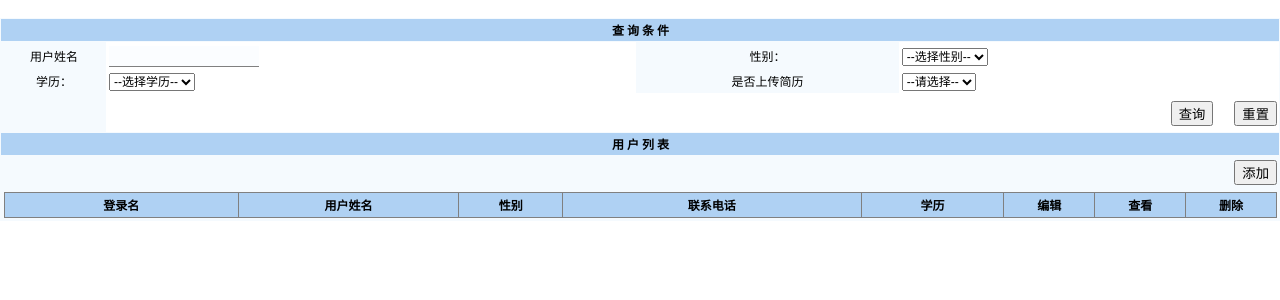
Repository: hermione-20/MyGitProjectRemote
Page: http://localhost/day28_01struts2final/user/list.jsp
An editor plug-in stored every save of this project. The page is shown before and after the next save, followed by the edit.
The browser window is 1280 px wide. The pictures show the whole page.
The page is served by Tomcat 9. Other server files are loaded and not shown.

Above is the page before, as saved 2020-05-15 08:54:52.

### day28_01struts2final/WebContent/user/list.jsp
<%@ page language="java" pageEncoding="UTF-8"%>
<%@ taglib uri="/struts-tags" prefix="s" %>
<HTML>
	<HEAD>
		<meta http-equiv="Content-Language" content="zh-cn">
		<meta http-equiv="Content-Type" content="text/html; charset=UTF-8">
		<link href="${pageContext.request.contextPath}/css/Style.css" rel="stylesheet" type="text/css" />
		<script language="javascript" src="${pageContext.request.contextPath}/js/public.js"></script>
		<script type="text/javascript">
			function addUser(){
				window.location.href = "${pageContext.request.contextPath}/user/add.jsp";
			}
		</script>
	</HEAD>
	<body>
		<br>
		<s:form action="findUserByCondition" namespace="/user">
			<table cellSpacing="1" cellPadding="0" width="100%" align="center" bgColor="#f5fafe" border="0">
				<TBODY>
					<tr>
						<td class="ta_01" align="center" bgColor="#afd1f3">
							<strong>查 询 条 件</strong>
						</td>
					</tr>
					<tr>
						<td>
							<table cellpadding="0" cellspacing="0" border="0" width="100%">
								<tr>
									<td height="22" align="center" bgColor="#f5fafe" class="ta_01">
										用户姓名
									</td>
									<td class="ta_01" bgColor="#ffffff">
										<input type="text" name="userName" size="15" value="" id="Form1_userName" class="bg"/>
									</td>
									<td height="22" align="center" bgColor="#f5fafe" class="ta_01">
										性别：
									</td>
									<td class="ta_01" bgColor="#ffffff">

										<select name="sex" id="sex">
										    <option value="">--选择性别--</option>
										    <option value="男">男</option>
										    <option value="女">女</option>


										</select>

									</td>
								</tr>
								<tr>
									<td height="22" align="center" bgColor="#f5fafe" class="ta_01">
										学历：
									</td>
									<td class="ta_01" bgColor="#ffffff">

										<select name="education" id="education">
										    <option value="">--选择学历--</option>
										    <option value="博士">博士</option>
										    <option value="硕士">硕士</option>
										    <option value="研究生">研究生</option>
										    <option value="本科">本科</option>
										    <option value="专科">专科</option>
										    <option value="高中">高中</option>


										</select>

									</td>
									<td height="22" align="center" bgColor="#f5fafe" class="ta_01">
										是否上传简历
									</td>
									<td class="ta_01" bgColor="#ffffff">

										<select name="isUpload" id="isUpload">
										    <option value="">--请选择--</option>
										    <option value="1">有</option>
										    <option value="2">无</option>


										</select>

									</td>
								</tr>
								<tr>
									<td width="100" height="22" align="center" bgColor="#f5fafe"
										class="ta_01">
									</td>
									<td class="ta_01" bgColor="#ffffff">
										<font face="宋体" color="red"> &nbsp;</font>
									</td>
									<td align="right" bgColor="#ffffff" class="ta_01"><br><br></td>
									<td align="right" bgColor="#ffffff" class="ta_01">
										<button type="submit" id="search" name="search" value="&#26597;&#35810;" class="button_view">
&#26597;&#35810;
</button>

										&nbsp;&nbsp;&nbsp;&nbsp;&nbsp;
										<input type="reset" name="reset" value="&#37325;&#32622;" class="button_view"/>

									</td>
								</tr>
							</table>
						</td>

					</tr>
					<tr>
						<td class="ta_01" align="center" bgColor="#afd1f3">
							<strong>用 户 列 表</strong>
						</TD>
					</tr>
					<tr>
						<td class="ta_01" align="right">
							<button type="button" id="add" name="add" value="&#28155;&#21152;" class="button_add" onclick="addUser()">
&#28155;&#21152;
</button>

						</td>
					</tr>
					<tr>
						<td class="ta_01" align="center" bgColor="#f5fafe">
							<table cellspacing="0" cellpadding="1" rules="all"
								bordercolor="gray" border="1" id="DataGrid1"
								style="BORDER-RIGHT: gray 1px solid; BORDER-TOP: gray 1px solid; BORDER-LEFT: gray 1px solid; WIDTH: 100%; WORD-BREAK: break-all; BORDER-BOTTOM: gray 1px solid; BORDER-COLLAPSE: collapse; BACKGROUND-COLOR: #f5fafe; WORD-WRAP: break-word">
								<tr
									style="FONT-WEIGHT: bold; FONT-SIZE: 12pt; HEIGHT: 25px; BACKGROUND-COLOR: #afd1f3">

									<td align="center" width="18%">登录名</td>
									<td align="center" width="17%">用户姓名</td>
									<td align="center" width="8%">性别</td>
									<td align="center" width="23%">联系电话</td>
									<td width="11%" align="center">学历</td>
									<td width="7%" align="center">编辑</td>
									<td width="7%" align="center">查看</td>
									<td width="7%" align="center">删除</td>
								</tr>
								<s:iterator value="users" var="user">
										<tr onmouseover="this.style.backgroundColor = 'white'"
											onmouseout="this.style.backgroundColor = '#F5FAFE';">
											<td style="CURSOR: hand; HEIGHT: 22px" align="center"
												width="18%">
												<s:property value="#user.logonName"/>
											</td>
											<td style="CURSOR: hand; HEIGHT: 22px" align="center"
												width="17%">
												<s:property value="#user.userName"/>
											</td>
											<td style="CURSOR: hand; HEIGHT: 22px" align="center"
												width="8%">
												<s:property value="#user.gender"/>

											</td>
											<td style="CURSOR: hand; HEIGHT: 22px" align="center"
												width="23%">
												<s:property value="#user.telephone"/>
											</td>
											<td style="CURSOR: hand; HEIGHT: 22px" align="center">
												<s:property value="#user.education"/>
											</td>
											<td align="center" style="HEIGHT: 22px">
											<s:a action="editUI" namespace="/user">
											<s:param name="userID" value="#user.userID"></s:param>
													<img src="${pageContext.request.contextPath}/images/i_edit.gif" border="0" style="CURSOR: hand">
												</s:a>
											</td>
											<td align="center" style="HEIGHT: 22px">
											<s:a action="findUserById" namespace="/user">
											<s:param name="userID" value="#user.userID"></s:param>
													<img src="${pageContext.request.contextPath}/images/button_view.gif" border="0" style="CURSOR: hand">
												</s:a>
											</td>
											<td align="center" style="HEIGHT: 22px">
											<s:a action="delete" namespace="/user">
											<s:param name="userID" value="#user.userID"></s:param>
													<img src="${pageContext.request.contextPath}/images/i_del.gif" width="16" height="16" border="0" style="CURSOR: hand">
												</s:a>
											</td>
										</tr>
										</s:iterator>
							</table>
						</td>
					</tr>
				</TBODY>
			</table>
		</s:form>
	</body>
</HTML>

### day28_01struts2final/WebContent/css/Style.css
body {
	background-color: #FFFFFF;
	margin-left: 0px;
	margin-top: 0px;
	margin-right: 0px;
	margin-bottom: 0px;
}
td,select  {
	font-size: 12px;
}
A.cl:link {
    font-size:12px;
	color: #000000;
    text-decoration:none;
}
A.cl:visited {
    font-size:12px;
	color: #000000;
    text-decoration:none;
}
A.cl:hover {
    font-size:12px;
	color: #cc0000;
	text-decoration:underline;
}
A.cl_01:link {
    font-size:12px;
	color: #000066;
    text-decoration:none;
}
A.cl_01:visited {
    font-size:12px;
	color: #000066;
    text-decoration:none;
}
A.cl_01:hover {
    font-size:12px;
	color: #0066CC;
	text-decoration:underline;
}
.bt_01 {
	line-height: 155%;
	color: #FFFFFF;
	padding-left: 15px;
	padding-bottom: 10px;
}

.box04 {
	font-size: 12px;
	padding-top: 7px;
	padding-left: 16px;
	background-color: #88A5DF;
	border-top-width: 1px;
	border-right-width: 1px;
	border-bottom-width: 1px;
	border-left-width: 1px;
	border-top-style: solid;
	border-right-style: solid;
	border-bottom-style: solid;
	border-left-style: solid;
	border-top-color: #7798DC;
	border-right-color: #2C416B;
	border-bottom-color: #2C416B;
	border-left-color: #7798DC;
	padding-bottom: 4px;
}
.box01 {
	font-size: 12px;
	color: #000000;
	border-top-width: 1px;
	border-right-width: 1px;
	border-bottom-width: 1px;
	border-left-width: 1px;
	border-right-style: solid;
	border-bottom-style: solid;
	border-left-style: solid;
	border-top-color: #EDF8FF;
	border-right-color: #8099B2;
	border-bottom-color: #8099B2;
	border-left-color: #EDF8FF;
	background-color: #B2CFED;
	padding-top: 7px;
	padding-left: 16px;
	border-top-style: solid;
	padding-bottom: 4px;
}
.box05 {
	font-size: 12px;
	padding-top: 5px;
	padding-left: 30px;
	border-bottom-width: 1px;
	border-bottom-style: solid;
	border-bottom-color: #B2CFED;
	border-right-width: 1px;
	border-right-style: solid;
	border-right-color: #F4F9FF;
	padding-bottom: 3px;
	background-color: #EDF8FF;
}
.box06 {
	font-size: 12px;
	background-color: #EDF6FF;
	padding-top: 5px;
	padding-left: 30px;
	border-bottom-width: 1px;
	border-bottom-style: solid;
	border-bottom-color: #ADAEAD;
	padding-bottom: 3px;

}
.bottom {
	color: #000066;
}
A.cl_02:link {
    font-size:12px;
	color: #CC0000;
    text-decoration:underline;
}
A.cl_02:visited {
    font-size:12px;
	color: #CC0000;
    text-decoration:underline;
}
A.cl_02:hover {
    font-size:12px;
	color: #CC0000;
	text-decoration:none;
}
.top {
	padding-top: 4px;
	padding-bottom: 2px;
	font-weight: bold;
	background-color: #AFD1F3;
	border-top-width: 1px;
	border-right-width: 1px;
	border-bottom-width: 1px;
	border-left-width: 1px;
	border-top-style: solid;
	border-right-style: solid;
	border-bottom-style: solid;
	border-left-style: solid;
	border-top-color: #E3EFFB;
	border-right-color: #7990A8;
	border-bottom-color: #7990A8;
	border-left-color: #E3EFFB;
}
.ta_01 {
	padding-top: 4px;
	padding-bottom: 2px;
	padding-right: 2px;
	padding-left: 3px;
	line-height: 135%;
}

A:link {
    font-size:12px;
	color: #000000;
    text-decoration:none;
}
A:visited {
    font-size:12px;
	color: #000000;
    text-decoration:none;
}
A.eq:hover {
    font-size:12px;
	color: #0066FF;
	text-decoration:underline;
}
A.eq:link {
    font-size:12px;
	color: #000000;
    text-decoration:underline;
}
A.eq:visited {
    font-size:12px;
	color: #000000;
    text-decoration:underline;
}
A.eq:hover {
    font-size:12px;
	color: #0066FF;
	text-decoration:underline;
}
.bg {
	border-top:0px ;
	border-left:0px ;
	border-right:0px ;
	border-bottom: solid 1px gray;
	background-color: #FBFDFF;
	height:21px ;
	width:150px;
}
.button {
	background-color: #DAE6FF;
	margin: 1px;
	padding: 0px 2px 0px 2px;
	border: 1px solid #8AA2CC;
	color: #333333;
	cursor: hand;
	/*
	left: 10px;
	top: 10px;
	right: 0px;
	bottom: 10px;
	clip:  rect(10px 10px 10px 10px);
	*/
	height: 18px;
}
.button_ok {
	background-color: #DAE6FF;
	margin: 1px;
	padding: 2px 4px 2px 10px;
	border: 1px solid #8AA2CC;
	background-attachment: fixed;
	background-image: url(../images/button_ok.gif);
	background-repeat: no-repeat;
	background-position: left center;
	color: #2F3F5B;
	cursor: hand;
	text-align: right;
	left: 10px;
	top: 10px;
	right: 0px;
	bottom: 10px;
	clip:  rect(10px 10px 10px 10px);
	height: 20px;
}
.button_cancel {
	background-color: #DAE6FF;
	margin: 1px;
	padding: 2px 4px 2px 10px;
	border: 1px solid #8AA2CC;
	background-attachment: fixed;
	background-image: url(../images/button_cancel.gif);
	background-repeat: no-repeat;
	background-position: left center;
	color: #2F3F5B;
	cursor: hand;
	text-align: right;
	left: 10px;
	top: 10px;
	right: 0px;
	bottom: 10px;
	clip:  rect(10px 10px 10px 10px);
	height: 20px;
}
.button_help {
	background-color: #DAE6FF;
	margin: 1px;
	padding: 2px 4px 2px 10px;
	border: 1px solid #8AA2CC;
	background-attachment: fixed;
	background-image: url(../images/button_help.gif);
	background-repeat: no-repeat;
	background-position: left center;
	color: #2F3F5B;
	cursor: hand;
	text-align: right;
	left: 10px;
	top: 10px;
	right: 0px;
	bottom: 10px;
	clip:  rect(10px 10px 10px 10px);
	height: 20px;
}
.button_exit {
	background-color: #DAE6FF;
	margin: 1px;
	padding: 2px 4px 2px 10px;
	border: 1px solid #8AA2CC;
	background-attachment: fixed;
	background-image: url(../images/button_search.gif);
	background-repeat: no-repeat;
	background-position: left center;
	color: #2F3F5B;
	cursor: hand;
	text-align: right;
	left: 10px;
	top: 10px;
	right: 0px;
	bottom: 10px;
	clip:  rect(10px 10px 10px 10px);
	height: 20px;
	.button_search {
	background-color: #DAE6FF;
	margin: 1px;
	padding: 2px 4px 2px 10px;
	border: 1px solid #8AA2CC;
	background-attachment: fixed;
	background-image: url(../images/button_exit.gif);
	background-repeat: no-repeat;
	background-position: left center;
	color: #2F3F5B;
	cursor: hand;
	text-align: right;
	left: 10px;
	top: 10px;
	right: 0px;
	bottom: 10px;
	clip:  rect(10px 10px 10px 10px);
	height: 20px;
}
.button_view {
	background-color: #DAE6FF;
	margin: 1px;
	padding: 2px 4px 2px 10px;
	border: 1px solid #8AA2CC;
	background-attachment: fixed;
	background-image: url(../images/button_view.gif);
	background-repeat: no-repeat;
	background-position: left center;
	color: #2F3F5B;
	cursor: hand;
	text-align: right;
	left: 10px;
	top: 10px;
	right: 0px;
	bottom: 10px;
	clip:  rect(10px 10px 10px 10px);
	height: 20px;
}
.button_add {
	background-color: #DAE6FF;
	margin: 1px;
	padding: 2px 4px 2px 10px;
	border: 1px solid #8AA2CC;
	background-attachment: fixed;
	background-image: url(../images/button_add.gif);
	background-repeat: no-repeat;
	background-position: left center;
	color: #2F3F5B;
	cursor: hand;
	text-align: right;
	left: 10px;
	top: 10px;
	right: 0px;
	bottom: 10px;
	clip:  rect(10px 10px 10px 10px);
	height: 20px;
}
.button_del {
	background-color: #DAE6FF;
	margin: 1px;
	padding: 2px 4px 2px 10px;
	border: 1px solid #8AA2CC;
	background-attachment: fixed;
	background-image: url(../images/button_del.gif);
	background-repeat: no-repeat;
	background-position: left center;
	color: #2F3F5B;
	cursor: hand;
	text-align: right;
	left: 10px;
	top: 10px;
	right: 0px;
	bottom: 10px;
	clip:  rect(10px 10px 10px 10px);
	height: 20px;
}
.button_print {
	background-color: #DAE6FF;
	margin: 1px;
	padding: 2px 4px 2px 10px;
	border: 1px solid #8AA2CC;
	background-attachment: fixed;
	background-image: url(../images/button_print.gif);
	background-repeat: no-repeat;
	background-position: left center;
	color: #2F3F5B;
	cursor: hand;
	text-align: right;
	left: 10px;
	top: 10px;
	right: 0px;
	bottom: 10px;
	clip:  rect(10px 10px 10px 10px);
	height: 20px;
}
.button_modi {
	background-color: #DAE6FF;
	margin: 1px;
	padding: 2px 4px 2px 10px;
	border: 1px solid #8AA2CC;
	background-attachment: fixed;
	background-image: url(../images/button_modi.gif);
	background-repeat: no-repeat;
	background-position: left center;
	color: #2F3F5B;
	cursor: hand;
	text-align: right;
	left: 10px;
	top: 10px;
	right: 0px;
	bottom: 10px;
	clip:  rect(10px 10px 10px 10px);
	height: 20px;
}
.button_save {
	background-color: #DAE6FF;
	margin: 1px;
	padding: 2px 4px 2px 10px;
	border: 1px solid #8AA2CC;
	background-attachment: fixed;
	background-image: url(../images/button_save.gif);
	background-repeat: no-repeat;
	background-position: left center;
	color: #2F3F5B;
	cursor: hand;
	text-align: right;
	left: 10px;
	top: 10px;
	right: 0px;
	bottom: 10px;
	clip:  rect(10px 10px 10px 10px);
	height: 20px;
}
.button_alert {
	background-color: #DAE6FF;
	margin: 1px;
	padding: 2px 4px 2px 10px;
	border: 1px solid #8AA2CC;
	background-attachment: fixed;
	background-image: url(../images/button_alert.gif);
	background-repeat: no-repeat;
	background-position: left center;
	color: #2F3F5B;
	cursor: hand;
	text-align: right;
	left: 10px;
	top: 10px;
	right: 0px;
	bottom: 10px;
	clip:  rect(10px 10px 10px 10px);
	height: 20px;
}
.button_clock {
	background-color: #DAE6FF;
	margin: 1px;
	padding: 2px 4px 2px 10px;
	border: 1px solid #8AA2CC;
	background-attachment: fixed;
	background-image: url(../images/button_clock.gif);
	background-repeat: no-repeat;
	background-position: left center;
	color: #2F3F5B;
	cursor: hand;
	text-align: right;
	left: 10px;
	top: 10px;
	right: 0px;
	bottom: 10px;
	clip:  rect(10px 10px 10px 10px);
	height: 20px;
}
.button_close {
	background-color: #DAE6FF;
	margin: 1px;
	padding: 2px 4px 2px 10px;
	border: 1px solid #8AA2CC;
	background-attachment: fixed;
	background-image: url(../images/button_close.gif);
	background-repeat: no-repeat;
	background-position: left center;
	color: #2F3F5B;
	cursor: hand;
	text-align: right;
	left: 10px;
	top: 10px;
	right: 0px;
	bottom: 10px;
	clip:  rect(10px 10px 10px 10px);
	height: 20px;
}
.button_phone01 {
	background-color: #DAE6FF;
	margin: 1px;
	padding: 2px 4px 2px 10px;
	border: 1px solid #8AA2CC;
	background-attachment: fixed;
	background-image: url(../images/button_phone01.gif);
	background-repeat: no-repeat;
	background-position: left center;
	color: #2F3F5B;
	cursor: hand;
	text-align: right;
	left: 10px;
	top: 10px;
	right: 0px;
	bottom: 10px;
	clip:  rect(10px 10px 10px 10px);
	height: 20px;
}
.button_dire {
	background-color: #DAE6FF;
	margin: 1px;
	padding: 2px 4px 2px 10px;
	border: 1px solid #8AA2CC;
	background-attachment: fixed;
	background-image: url(../images/hotel_dire_arrowc.jpg);
	background-repeat: no-repeat;
	background-position: left center;
	color: #2F3F5B;
	cursor: hand;
	text-align: right;
	left: 10px;
	top: 10px;
	right: 0px;
	bottom: 10px;
	clip:  rect(10px 10px 10px 10px);
	height: 20px;
}
.NextLine
{
	word-break:break-all;word-wrap:break-word;
}
.test
{
	BACKGROUND-IMAGE: url(../images/aaa.gif); HEIGHT: 25px;

}
.optionOff
{
	color:#909090;
	background-image:url(../images/optionbgOff.gif);
	background-position:right;
	background-repeat:no-repeat;
	border-left:1px solid #a0a0a0;
	text-align:center;
	width:110px;
	cursor:hand;
}
.optionOn {
	color:#1E6BAE;
	background-image:url(../images/optionbgOn.gif);
	background-position:right;
	background-repeat:no-repeat;
	border-left:1px solid #808080;
	text-align:center;
	font-weight:bold;
	width:110px;
	cursor:hand;
}
.optionOff A,.optionOff A:link,.optionOff A:visited,.optionOff A:hover,.optionOff A:active {
	color:#909090;
	text-decoration:none;
}
.optionOn A,.optionOn A:link,.optionOn A:visited,.optionOn A:hover,.optionOn A:active {
	color:#1E6BAE;
	text-decoration:none;
}
.tbodyhidden {
	display:none;
}
.xscroll {
	overflow-x:auto;
	height:auto;
	SCROLLBAR-FACE-COLOR: #E0F0FC;
	SCROLLBAR-SHADOW-COLOR: #EAF5FD;
	SCROLLBAR-3DLIGHT-COLOR: #808080;
	SCROLLBAR-ARROW-COLOR: #808080;
	SCROLLBAR-DARKSHADOW-COLOR:#808080;
	buttonface: #666666;
}
.xscrollhidden {
	overflow-x:auto;
	display:none;
	SCROLLBAR-FACE-COLOR: #E0F0FC;
	SCROLLBAR-SHADOW-COLOR: #EAF5FD;
	SCROLLBAR-3DLIGHT-COLOR: #808080;
	SCROLLBAR-ARROW-COLOR: #808080;
	SCROLLBAR-DARKSHADOW-COLOR:#808080;
	buttonface: #666666;
}
.sep1 {
	padding:0px;
	background-color:#AFD1F3;
}
.grouptitle {
	background-color:#E0F0FC;
	color: #5580D7;
}
.bodyscroll {
	SCROLLBAR-FACE-COLOR: #f6f6f6;
	SCROLLBAR-SHADOW-COLOR: #8099B2;
	SCROLLBAR-3DLIGHT-COLOR: #8099B2;
	SCROLLBAR-ARROW-COLOR: #8099B2;
	SCROLLBAR-DARKSHADOW-COLOR:#cccccc;
	buttonface: #f6f6f6;
}

Loaded but not shown: day28_01struts2final/WebContent/js/public.js (common file)

After the next save:
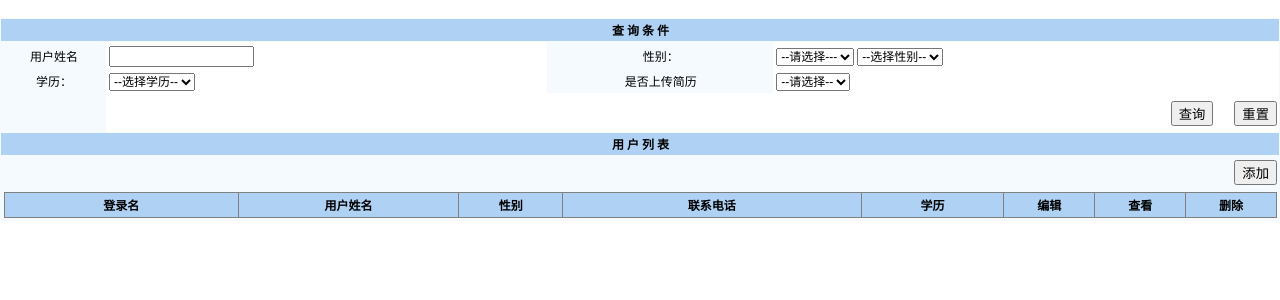
Saved 8 min 9 s later.
--- a/day28_01struts2final/WebContent/user/list.jsp
+++ b/day28_01struts2final/WebContent/user/list.jsp
@@ -30,12 +30,13 @@
 										用户姓名
 									</td>
 									<td class="ta_01" bgColor="#ffffff">
-										<input type="text" name="userName" size="15" value="" id="Form1_userName" class="bg"/>
+									<s:textfield name="userName" size="15" class="bg"></s:textfield>
 									</td>
 									<td height="22" align="center" bgColor="#f5fafe" class="ta_01">
 										性别：
 									</td>
 									<td class="ta_01" bgColor="#ffffff">
+									<s:select list="{'男','女'}" name="gender" headerKey="" headerValue="--请选择---"></s:select>
 
 										<select name="sex" id="sex">
 										    <option value="">--选择性别--</option>
